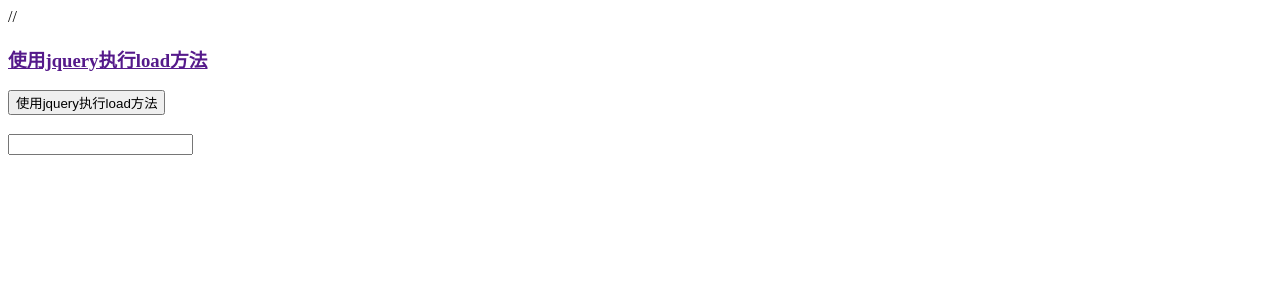
Repository: ChengqunYang/JAVA
Page: http://localhost/ajax/Demo04.jsp
An editor plug-in stored every save of this project. The page is shown before and after the next save, followed by the edit.
The browser window is 1280 px wide. The pictures show the whole page.
The page is served by Tomcat 9.

Above is the page before, as saved 2019-04-23 09:02:18.

After the next save:
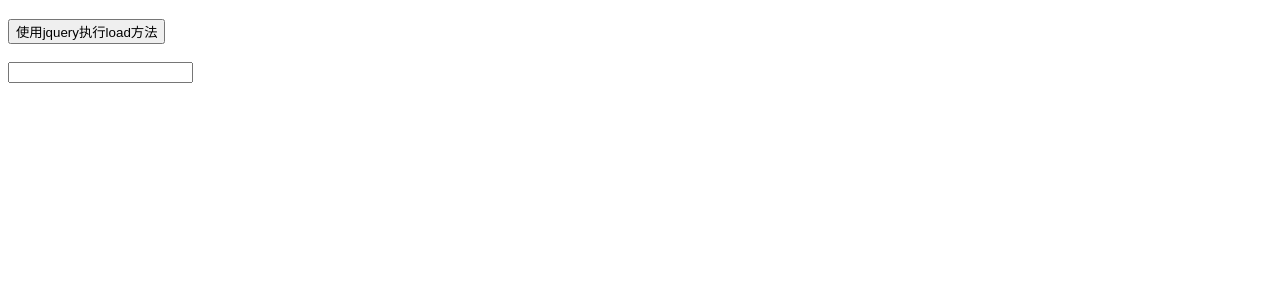
Saved 31 s later.
--- a/ajax/WebContent/Demo04.jsp
+++ b/ajax/WebContent/Demo04.jsp
@@ -15,7 +15,7 @@
 </head>
 <body>
 
-//<h3><a href="" onclick="load()">使用jquery执行load方法</a></h3>
+<!-- <h3><a href="" onclick="load()">使用jquery执行load方法</a></h3> -->
 <h3><input type="button" onclick = "load()" value = "使用jquery执行load方法"></h3>
 
 
